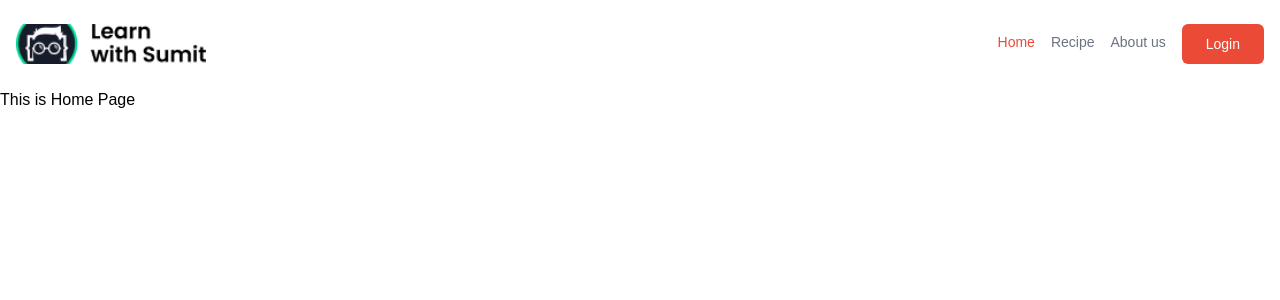
Repository: Wahid137/khana-khazana
Page: /
These files come from the project's save history. The page is drawn as it stood at one moment and after the next save; the edit follows.
The browser window is 1280 px wide. The pictures show the whole page.
The project was rebuilt for these pictures with package versions that can differ from the ones it lists, and the page was loaded fresh each time. The framework's server and built-in components were replaced by stand-ins that run in the browser. Also part of the build but not shown: next.config.mjs.

Above is the page before, as saved 2024-05-02 15:50:46.

### app/layout.js
import { Inter } from "next/font/google";
import Navbar from "./components/Navbar";
import "./globals.css";

const inter = Inter({ subsets: ["latin"] });

export const metadata = {
  title: "Khana Khazana",
  description: "Generated by create next app",
};

export default function RootLayout({ children }) {
  return (
    <html lang="en">
      <body className={inter.className}>
        <Navbar />
        {children}
      </body>
    </html>
  );
}

### app/page.js

export default function Home() {
  return (
    <h1>This is Home Page</h1>
  );
}

### app/components/Navbar.jsx
import Image from "next/image";
import logo from "../../public/assets/images/logo.png";
const Navbar = () => {
  return (
    <nav>
      <div className="container flex justify-between py-6">
        <a href="index.html">
          <Image
            src={logo}
            alt="logo"
            width={190}
            height={50}
            className="object-cover h-[40px]"
          />
        </a>

        <ul className="flex gap-4 text-sm text-gray-500">
          <li className="py-2 active">
            <a href="./index.html">Home</a>
          </li>

          <li className="py-2">
            <a href="./index.html">Recipe</a>
          </li>

          <li className="py-2">
            <a href="./index.html">About us</a>
          </li>

          <li className="py-2 bg-[#eb4a36] px-6 rounded-md text-white content-center">
            <a href="./login.html">Login</a>
          </li>
        </ul>
      </div>
    </nav>
  );
};

export default Navbar;

### app/globals.css
@tailwind base;
@tailwind components;
@tailwind utilities;

@layer utilities {
  * {
    font-family: "Poppins", sans-serif;
  }
  .container {
    @apply mx-auto px-4 max-w-7xl;
  }

  nav .active {
    @apply text-[#eb4a36] font-medium;
  }

  select {
    @apply accent-red-600;
  }

  .card {
    @apply max-w-[450px];
  }

  .card img {
    @apply w-full object-cover;
  }

  .step h3 {
    @apply text-[#eb4a36] uppercase font-light text-lg tracking-wider my-4;
  }

  .step p {
    @apply text-gray-500 leading-8 mb-6 ml-8;
  }

  .login-form {
    @apply flex flex-col my-6;
  }

  .login-form div {
    @apply flex flex-col gap-2 my-2;
  }

  .login-form input {
    @apply border border-black/20 rounded-md px-4 py-2;
  }
}

Loaded but not shown: tailwind.config.js (common file)

After the next save:
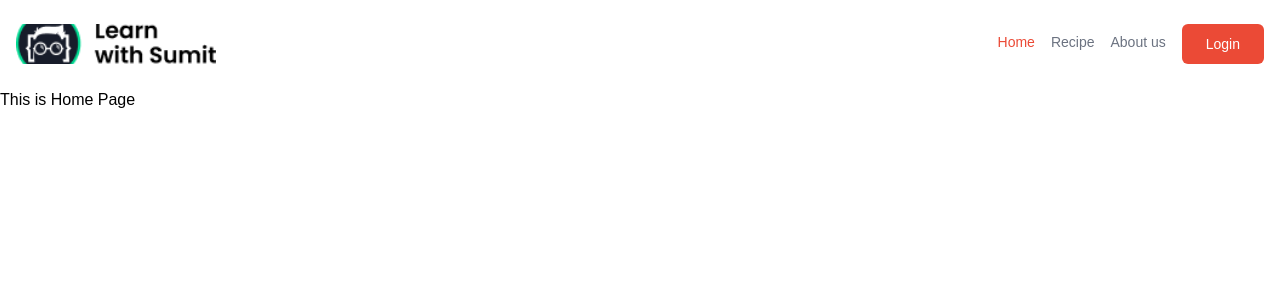
Saved 8 s later.
--- a/app/components/Navbar.jsx
+++ b/app/components/Navbar.jsx
@@ -8,7 +8,7 @@ const Navbar = () => {
           <Image
             src={logo}
             alt="logo"
-            width={190}
+            width={200}
             height={50}
             className="object-cover h-[40px]"
           />
